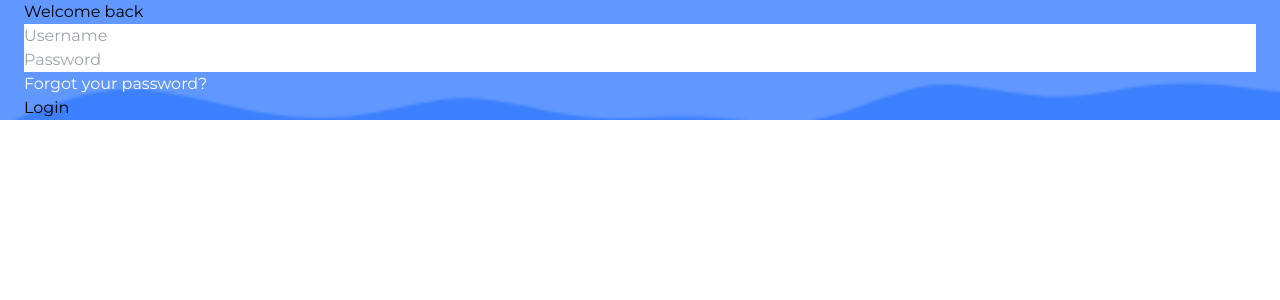
Repository: SatohJiro/CourseSale
Page: /
These files come from the project's save history. The page is drawn as it stood at one moment and after the next save; the edit follows.
The browser window is 1280 px wide. The pictures show the whole page.
The project was rebuilt for these pictures with package versions that can differ from the ones it lists, and the page was loaded fresh each time. Also part of the build but not shown: src/pages/Home/index.js, src/pages/Courses/index.js, src/layout/DefaultLayout/DefaultLayout.module.scss, src/layout/components/Header/Header.module.scss, src/layout/components/Header/index.js, src/layout/components/Sidebar/Sidebar.module.scss, src/layout/components/Sidebar/index.js, src/layout/DefaultLayout/index.js.

Above is the page before, as saved 2022-12-05 10:49:27.

After the next save:
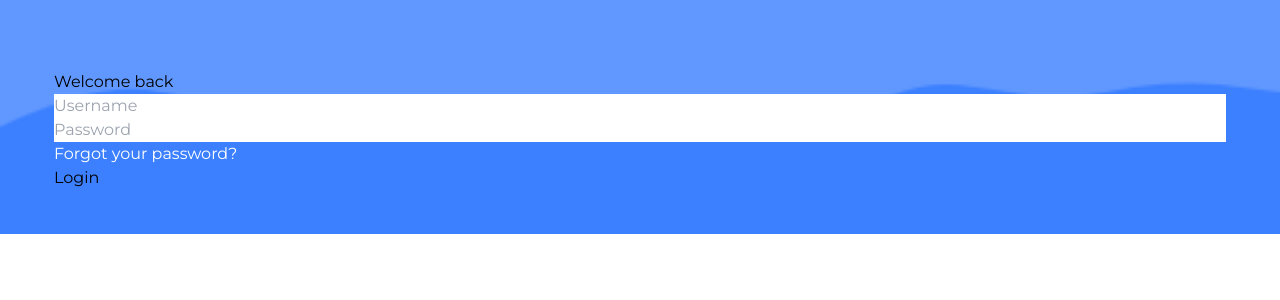
Saved 42 s later.
--- a/src/pages/Login/Login.jsx
+++ b/src/pages/Login/Login.jsx
@@ -4,7 +4,7 @@ const Login = () => {
   return (
     <>
       <div className="grid place-items-center m-0 px-[24px] bg-login bg-no-repeat bg-cover animate-background-pan">
-        <div className="w-full">
+        <div className="w-full px-[30px] pt-[70px] pb-[44px]">
           <h2>Welcome back</h2>
           <form action="" className="grid">
             <input type="text" placeholder="Username" />
